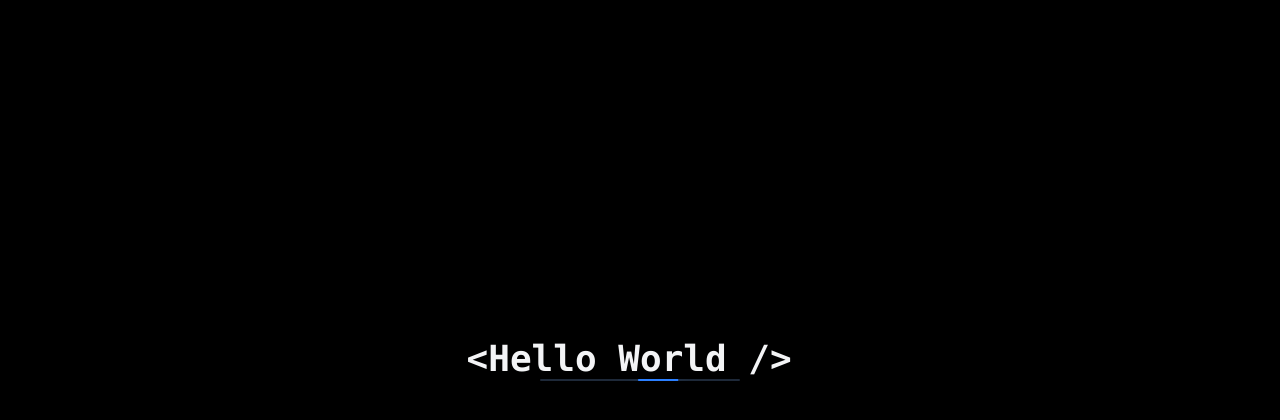
Repository: tanimtanzilislam/my_portfolio
Page: /
These files come from the project's save history. The page is drawn as it stood at one moment and after a run of saves; the edit follows.
The browser window is 1280 px wide. The pictures show the whole page.
The project was rebuilt for these pictures with package versions that can differ from the ones it lists, and the page was loaded fresh each time. Also part of the build but not shown: vite.config.js.

Above is the page before, as saved 2025-05-09 03:42:43.

After the next 2 saves:
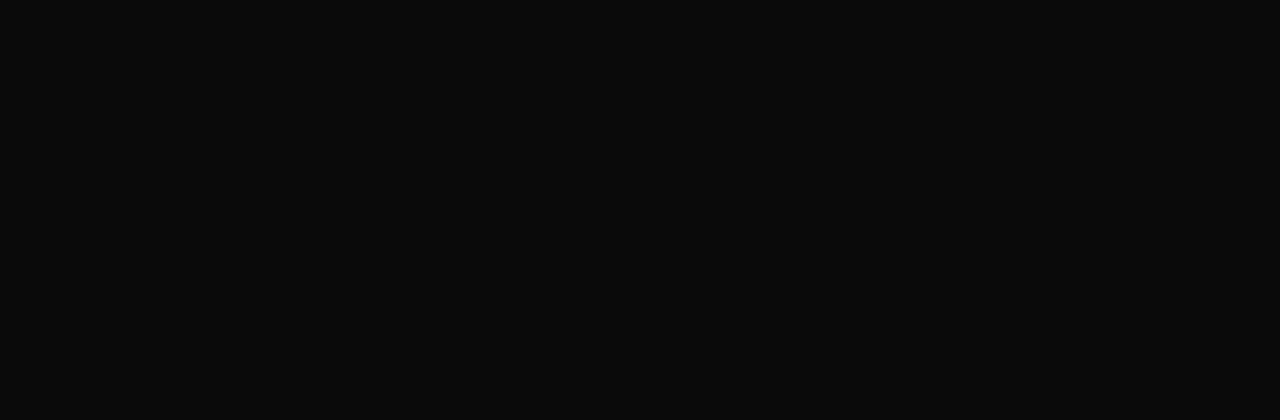
Console error: ReferenceError: set is not defined
The 2 saves are shown as one change because they came seconds apart.
The last was saved 48 s later.
--- a/src/components/LoadingScreen.jsx
+++ b/src/components/LoadingScreen.jsx
@@ -13,6 +13,8 @@
         clearInterval(interval);
       }
     }, 100);
+
+    set
 
     return () => clearInterval(interval);
   }, []);

After the 6 saves that followed:
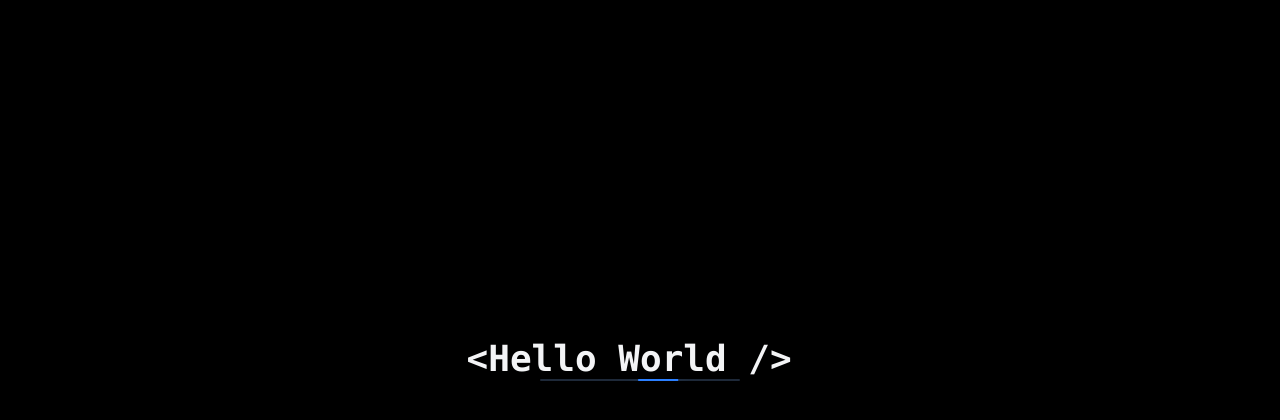
Console error: ReferenceError: on is not defined
The 6 saves are shown as one change because 1 did not build or start and some came seconds apart.
The last was saved 16 s later.
--- a/src/components/LoadingScreen.jsx
+++ b/src/components/LoadingScreen.jsx
@@ -14,7 +14,9 @@
       }
     }, 100);
 
-    set
+    setTimeout(()=>{
+        on
+    })
 
     return () => clearInterval(interval);
   }, []);
